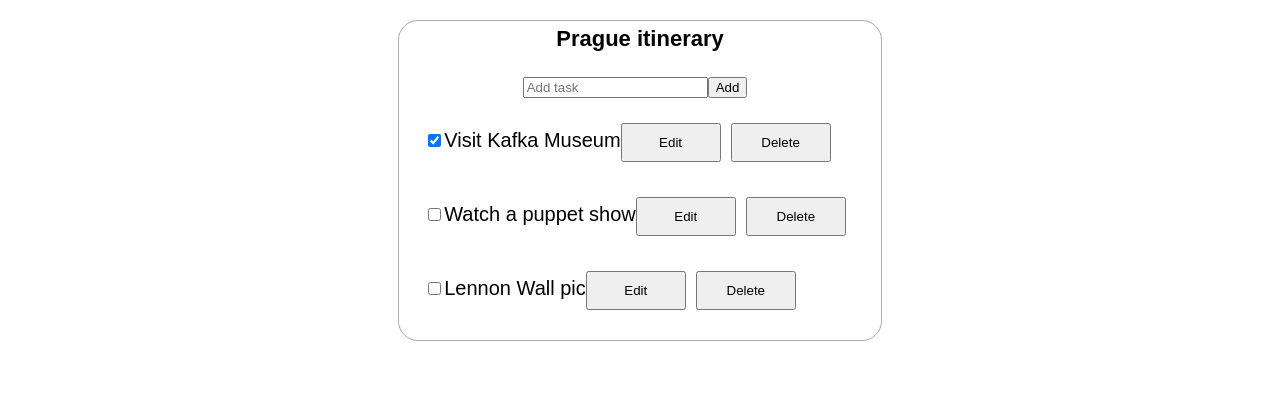
Repository: trider/my-react-app
Page: /
An editor plug-in stored every save of this project. The page is shown before and after the next save, followed by the edit.
The browser window is 1280 px wide. The pictures show the whole page.
The project was rebuilt for these pictures with package versions that can differ from the ones it lists, and the page was loaded fresh each time. Also part of the build but not shown: src/components/basic/Gallery.js, src/components/basic/Profile.js, src/components/utils.js, src/components/basic/Avatar.js, src/components/basic/GridX.js, src/components/time/Clock.js, src/components/time/Time.js, src/components/basic/ListT.js and 54 more. Imported but missing from the stored project, and not drawn on this page: src/components/stateManagement/Accoridion.

Above is the page before, as saved 2024-04-25 11:01:31.

### src/App.js
// import logo from './logo.svg';
import Gallery from './components/basic/Gallery.js';
import Profile from './components/basic/Profile.js';
import Avatar from './components/basic/Avatar.js';
import GridX from './components/basic/GridX.js';
import Time from './components/time/Time.js';
import List from './components/basic/ListT.js';
import ListP from './components/people/people.js';
import Tea from './components/basic/Tea.js';
import MyFancy from './components/fancyText/MyFancy.js';
import Interactive from './components/inveractive/interactive.js';
import State from './components/state/state.js';
import StateManagement from './components/stateManagement/StateManagement.js';

import Card from './components/basic/Card.js';

import './App.css';
import './styles.css';

const props = {
  avatar: {
    size: 100,
    person: {
      name: 'Katsuko Saruhashi',
      imageId: 'YfeOqp2'
    }
  },
  show: {
    default: {
      show:false,
      components:{
        clock: false,
        avatar: false,
        gallery: false,
        grid: false,
        profile: false,
        list: false,
        people: false,
        tea: true,
        fancy: true
      }
    },
    interactive: false,
    state: false,
    stateManagement: true



  }

}

const person = {
  name: 'Gregorio Y. Zara',
  theme: {
    backgroundColor: 'black',
    color: 'pink'
  }
};




let App = () => {
  return (
    <div>

      { props.show.default.show &&
        <div>
          {props.show.default.components.clock && <Card><Time /></Card>}
          {props.show.default.components.profile && <Card><Profile /></Card>}
          {props.show.default.components.grid && <Card><GridX /></Card>}
          {props.show.default.components.person &&
            <Card>
              <div style={person.theme}>
                <h1>{person.name}'s Todos</h1>
                <img
                  className="avatar"
                  src="https://i.imgur.com/7vQD0fPs.jpg"
                  alt="Gregorio Y. Zara"
                />
                <ul>
                  <li>Improve the videophone</li>
                  <li>Prepare aeronautics lectures</li>
                  <li>Work on the alcohol-fuelled engine</li>
                </ul>
              </div>
            </Card>
          }


            {props.show.default.components.avatar &&
              <Card>
                <div className="avatar"><Avatar {...props.avatar} /></div>
              </Card>

            }

            {props.show.default.components.list && <Card><List /></Card>}
            {props.show.default.components.gallery && <Card><Gallery /></Card>}
            {props.show.default.components.people && <Card><ListP /></Card>}
            {props.show.default.components.tea && <Card><Tea /></Card>}
            {props.show.default.components.fancy && <Card><MyFancy /></Card>}



        </div>
      }
      {props.show.interactive && <Interactive />}
      {props.show.state && <State />}
      {props.show.stateManagement && <StateManagement />}



    </div>


  );
}


export default App;

### src/components/stateManagement/StateManagement.js
import Quiz from "./Quiz";
import FeedbackForm from "./FeedBack";
import NameCheck from "./NameCheck";
import Menu from "./Snacks";
import Card from "../basic/Card";
import TravelPlan from "./places/TravelPlan";
import Accordion from "./Accoridion";
import Counter1 from "./Counters/Counters1";
import Counter2 from "./Counters/Counters2";
import Counter3 from "./Counters/Counters3";
import Counter4 from "./Counters/Counters4";
import Scoreboard from "./Counters/Counters5";
import Messenger from "./Contacts/Contacts";
import TaskApp from "./Reducers/TaskApp";

import './styles.css';
import './Counters/counters.css';
// import './places/places.css';

const props = {
 show: {
  quiz: false,
  feedBack: false,
  nameCheck: false,
  menu: false,
  travelPlan: false,
  accordion:false,
  counter1:false,
  counter2:false,
  counter3:false,
  counter4:false,
  scoreboard:false,
  messenger:false,
  taskApp:true

 }
};


const StateManagement = () => {


  return (
    <div>
     {props.show.quiz && <Quiz />}
     {props.show.feedBack && <FeedbackForm />}
     {props.show.nameCheck && <NameCheck />}
     {props.show.menu &&
      <Card>
        <Menu />
      </Card>}
      {props.show.travelPlan && <TravelPlan /> }
      {props.show.accordion &&  <Accordion />}
      {props.show.counter1 && <Counter1 />}
      {props.show.counter2 && <Counter2 />}
      {props.show.counter3 && <Counter3 />}
      {props.show.counter4 && <Counter4 />}
      {props.show.scoreboard && <Scoreboard />}
      {props.show.messenger && <Messenger />}
      {props.show.taskApp && <TaskApp />}

    </div>
  );
}

export default StateManagement;

### src/components/basic/Card.js
import '../../styles.css';



const Card = ({ children }) => {
 return (
   <div className="card">
     {children}
   </div>
 );
}

export default Card;

### src/styles.css
* {
 box-sizing: border-box;
}

body {
 font-family: sans-serif;
 margin: 20px;
 padding: 0;
}

h1 {
 margin-top: 0;
 font-size: 22px;
}

h2 {
 margin-top: 0;
 font-size: 20px;
}

h3 {
 margin-top: 0;
 font-size: 18px;
}

h4 {
 margin-top: 0;
 font-size: 16px;
}

h5 {
 margin-top: 0;
 font-size: 14px;
}

h6 {
 margin-top: 0;
 font-size: 12px;
}

code {
 font-size: 1.2em;
}

ul {
 padding-inline-start: 20px;
 list-style-type: circle;
}

.card {
 width: fit-content;
 margin: 5px;
 display: block;
 margin-left: auto;
 margin-right: auto;
 padding: 5px;
 font-size: 20px;
 text-align: center;
 border: 1px solid #aaa;
 border-radius: 20px;
 background: #fff;
}
.avatar {
 margin: 20px;
 border-radius: 50%;
}

### src/components/people/people.css
* {
 box-sizing: border-box;
}

body {
 font-family: sans-serif;
 margin: 20px;
 padding: 0;
}

h1 {
 margin-top: 0;
 font-size: 22px;
}

h2 {
 margin-top: 0;
 font-size: 20px;
}

h3 {
 margin-top: 0;
 font-size: 18px;
}

h4 {
 margin-top: 0;
 font-size: 16px;
}

h5 {
 margin-top: 0;
 font-size: 14px;
}

h6 {
 margin-top: 0;
 font-size: 12px;
}

code {
 font-size: 1.2em;
}

ul {
 padding-inline-start: 20px;
}

ul { list-style-type: none; padding: 0px 10px; }
li {
 margin-bottom: 10px;
 display: grid;
 grid-template-columns: auto 1fr;
 gap: 20px;
 align-items: center;
}
img { width: 100px; height: 100px; border-radius: 50%; }

### src/components/fancyText/fancy.css
* {
 box-sizing: border-box;
}

body {
 font-family: sans-serif;
 margin: 20px;
 padding: 0;
}

h1 {
 margin-top: 0;
 font-size: 22px;
}

h2 {
 margin-top: 0;
 font-size: 20px;
}

h3 {
 margin-top: 0;
 font-size: 18px;
}

h4 {
 margin-top: 0;
 font-size: 16px;
}

h5 {
 margin-top: 0;
 font-size: 14px;
}

h6 {
 margin-top: 0;
 font-size: 12px;
}

code {
 font-size: 1.2em;
}

ul {
 padding-inline-start: 20px;
}

.fancy {
 font-family: 'Georgia';
}
.title {
 color: #007AA3;
 text-decoration: underline;
}
.cursive {
 font-style: italic;
}
.small {
 font-size: 10px;
}
.colorbox {
 height: 100px;
 width: 100px;
 margin: 8px;
}

### src/components/inveractive/interactive.css
* {
 box-sizing: border-box;
}

body {
 font-family: sans-serif;
 margin: 20px;
 padding: 0;
}

h1 {
 margin-top: 0;
 font-size: 22px;
}

h2 {
 margin-top: 5px;
 font-size: 20px;
}

h3 {
 margin-top: 0;
 font-size: 18px;
}

h4 {
 margin-top: 0;
 font-size: 16px;
}

h5 {
 margin-top: 0;
 font-size: 14px;
}

h6 {
 margin-top: 0;
 font-size: 12px;
}

code {
 font-size: 1.2em;
}

ul {
 padding-inline-start: 20px;
}

section {
 margin-bottom: 20px;
}

button {
 margin-top: 10px;
 margin-right: 10px;
 margin-bottom: 15px;
}


.Toolbar {
 background: #aaa;
 padding: 5px;
}

### src/components/state/state.css
* {
 box-sizing: border-box;
}

body {
 font-family: sans-serif;
 margin: 20px;
 padding: 0;
}

h1 {
 margin-top: 0;
 font-size: 22px;
}

h2 {
 margin-top: 0;
 font-size: 20px;
}

h3 {
 margin-top: 0;
 font-size: 18px;
}

h4 {
 margin-top: 0;
 font-size: 16px;
}

h5 {
 margin-top: 0;
 font-size: 14px;
}

h6 {
 margin-top: 0;
 font-size: 12px;
}

code {
 font-size: 1.2em;
}

ul {
 padding-inline-start: 20px;
 list-style-type: circle;
}


label, textarea { margin-bottom: 10px; display: block; }

.cardState {
 width:max-content;
 margin: 5px;
 display: block;
 /* margin-left: auto;
 margin-right: auto; */
 padding: 5px;
 font-size: 20px;
 text-align: center;
 border: 1px solid #aaa;
 border-radius: 20px;
 background: #fff;
}

### src/components/stateManagement/Reducers/TaskApp.js
import { useReducer } from 'react';
import AddTask from './AddTask.js';
import TaskList from './TaskList.js';
import tasksReducer from './tasksReducer.js';
import Card from '../../basic/Card.js';

export default function TaskApp() {
  const [tasks, dispatch] = useReducer(tasksReducer, initialTasks);

  function handleAddTask(text) {
    dispatch({
      type: 'added',
      id: nextId++,
      text: text,
    });
  }

  function handleChangeTask(task) {
    dispatch({
      type: 'changed',
      task: task,
    });
  }

  function handleDeleteTask(taskId) {
    dispatch({
      type: 'deleted',
      id: taskId,
    });
  }

  function list(tasks) {
    return <ul>
      {tasks.map((task) => (
        <li key={task.id}>
         {JSON.stringify(task)}
        </li>
      ))}
    </ul>
    ;
  }

  return (
    <>
      <Card>
      <h1>Prague itinerary</h1>
      <AddTask onAddTask={handleAddTask} />
      <TaskList
        tasks={tasks}
        onChangeTask={handleChangeTask}
        onDeleteTask={handleDeleteTask}
      />
      </Card>

    </>
  );
}

let nextId = 3;
const initialTasks = [
  {id: 0, text: 'Visit Kafka Museum', done: true},
  {id: 1, text: 'Watch a puppet show', done: false},
  {id: 2, text: 'Lennon Wall pic', done: false},
];

### src/components/stateManagement/styles.css
* {
 box-sizing: border-box;
}

body {
 font-family: sans-serif;
 margin: 20px;
 padding: 0;
}

h1 {
 margin-top: 0;
 font-size: 22px;
}

h2 {
 margin-top: 0;
 font-size: 20px;
}

h3 {
 margin-top: 0;
 font-size: 18px;
}

h4 {
 margin-top: 0;
 font-size: 16px;
}

h5 {
 margin-top: 0;
 font-size: 14px;
}

h6 {
 margin-top: 0;
 font-size: 12px;
}

code {
 font-size: 1.2em;
}

ul {
 padding-inline-start: 20px;
}

h3, p { margin: 5px 0px; }
.panel {
 padding: 10px;
 border: 1px solid #aaa;
}

### src/components/stateManagement/Counters/counters.css
* {
 box-sizing: border-box;
}

body {
 font-family: sans-serif;
 margin: 20px;
 padding: 0;
}

h1 {
 margin-top: 0;
 font-size: 22px;
}

h2 {
 margin-top: 0;
 font-size: 20px;
}

h3 {
 margin-top: 0;
 font-size: 18px;
}

h4 {
 margin-top: 0;
 font-size: 16px;
}

h5 {
 margin-top: 0;
 font-size: 14px;
}

h6 {
 margin-top: 0;
 font-size: 12px;
}

code {
 font-size: 1.2em;
}

ul {
 padding-inline-start: 20px;
}

label {
 display: block;
 clear: both;
}

.counter {
 width: 100px;
 text-align: center;
 border: 1px solid gray;
 border-radius: 4px;
 padding: 20px;
 margin: 0 20px 20px 0;
 float: left;
}

.hover {
 background: #ffffd8;
}

### src/components/stateManagement/places/places.css
* {
 box-sizing: border-box;
}

body {
 font-family: sans-serif;
 margin: 20px;
 padding: 0;
}

h1 {
 margin-top: 0;
 font-size: 22px;
}

h2 {
 margin-top: 0;
 font-size: 20px;
}

h3 {
 margin-top: 0;
 font-size: 18px;
}

h4 {
 margin-top: 0;
 font-size: 16px;
}

h5 {
 margin-top: 0;
 font-size: 14px;
}

h6 {
 margin-top: 0;
 font-size: 12px;
}

code {
 font-size: 1.2em;
}

ul {
 padding-inline-start: 20px;
 text-align: left;
 /* vertical-align: top; */
}

li {
 margin-bottom: 10px;
 /* vertical-align: top; */
}

### src/components/stateManagement/Contacts/contacts.css
* {
 box-sizing: border-box;
}

body {
 font-family: sans-serif;
 margin: 20px;
 padding: 0;
}

h1 {
 margin-top: 0;
 font-size: 22px;
}

h2 {
 margin-top: 0;
 font-size: 20px;
}

h3 {
 margin-top: 0;
 font-size: 18px;
}

h4 {
 margin-top: 0;
 font-size: 16px;
}

h5 {
 margin-top: 0;
 font-size: 14px;
}

h6 {
 margin-top: 0;
 font-size: 12px;
}

code {
 font-size: 1.2em;
}

ul {
 padding-inline-start: 20px;
}

.chat, .contact-list {
 float: left;
 margin-bottom: 20px;
}
ul, li {
 list-style: none;
 margin: 0;
 padding: 0;
}
li button {
 width: 100px;
 padding: 10px;
 margin-right: 10px;
}
textarea {
 height: 150px;
}

### src/components/stateManagement/Reducers/AddTask.js
import { useState } from 'react';

export default function AddTask({onAddTask}) {
  const [text, setText] = useState('');
  return (
    <>
      <input
        placeholder="Add task"
        value={text}
        onChange={(e) => setText(e.target.value)}
      />
      <button
        onClick={() => {
          setText('');
          onAddTask(text);
        }}>
        Add
      </button>
    </>
  );
}

### src/components/stateManagement/Reducers/TaskList.js
import { useState } from 'react';

export default function TaskList({tasks, onChangeTask, onDeleteTask}) {
  return (
    <ul>
      {tasks.map((task) => (
        <li key={task.id}>
          <Task task={task} onChange={onChangeTask} onDelete={onDeleteTask} />
        </li>
      ))}
    </ul>
  );
}

function Task({task, onChange, onDelete}) {
  const [isEditing, setIsEditing] = useState(false);
  let taskContent;
  if (isEditing) {
    taskContent = (
      <>
        <input
          value={task.text}
          onChange={(e) => {
            onChange({
              ...task,
              text: e.target.value,
            });
          }}
        />
        <button onClick={() => setIsEditing(false)}>Save</button>
      </>
    );
  } else {
    taskContent = (
      <>
        {task.text}
        <button onClick={() => setIsEditing(true)}>Edit</button>
      </>
    );
  }
  return (
    <label>
      <input
        type="checkbox"
        checked={task.done}
        onChange={(e) => {
          onChange({
            ...task,
            done: e.target.checked,
          });
        }}
      />
      {taskContent}
      <button onClick={() => onDelete(task.id)}>Delete</button>
    </label>
  );
}

### src/components/stateManagement/Reducers/tasksReducer.js
export default function tasksReducer(tasks, action) {
 switch (action.type) {
   case 'added': {
     return [
       ...tasks,
       {
         id: action.id,
         text: action.text,
         done: false,
       },
     ];
   }
   case 'changed': {
     return tasks.map((t) => {
       if (t.id === action.task.id) {
         return action.task;
       } else {
         return t;
       }
     });
   }
   case 'deleted': {
     return tasks.filter((t) => t.id !== action.id);
   }
   default: {
     throw Error('Unknown action: ' + action.type);
   }
 }
}

Loaded but not shown: public/index.html (common file); src/index.js (common file); src/index.css (common file); src/reportWebVitals.js (common file)

After the next save:
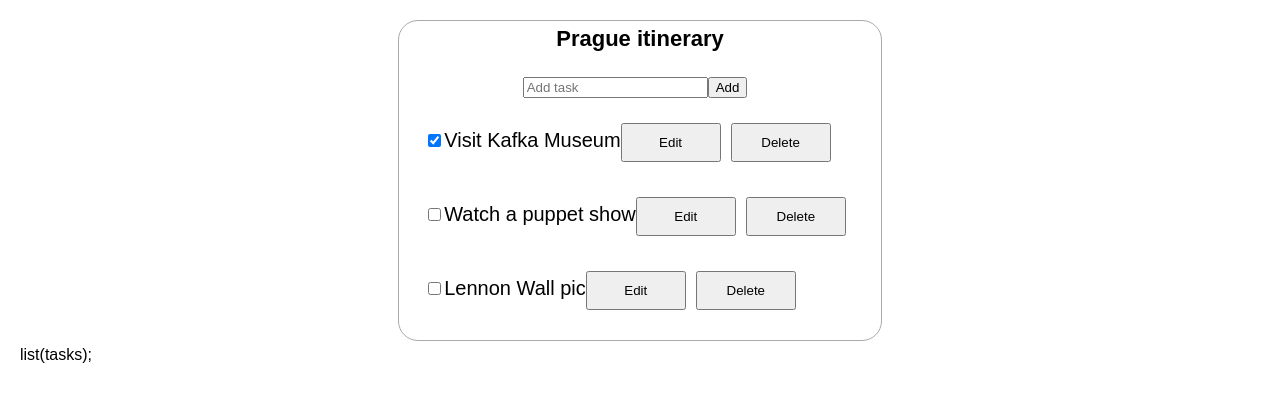
Saved 17 s later.
--- a/src/components/stateManagement/Reducers/TaskApp.js
+++ b/src/components/stateManagement/Reducers/TaskApp.js
@@ -51,6 +51,7 @@ export default function TaskApp() {
         onDeleteTask={handleDeleteTask}
       />
       </Card>
+      list(tasks);
 
     </>
   );
